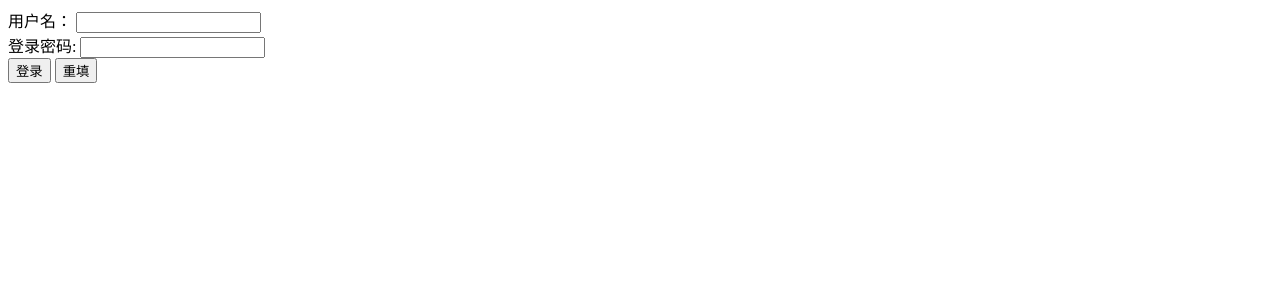
Repository: suxiaohutot/PHP
Page: http://localhost/dengluhtml.php
An editor plug-in stored every save of this project. The page is shown before and after the next save, followed by the edit.
The browser window is 1280 px wide. The pictures show the whole page.
The page is run by PHP 8.4 with error messages shown; the project is at /var/www/html/.

Above is the page before, as saved 2019-10-25 03:37:22.

After the next save:
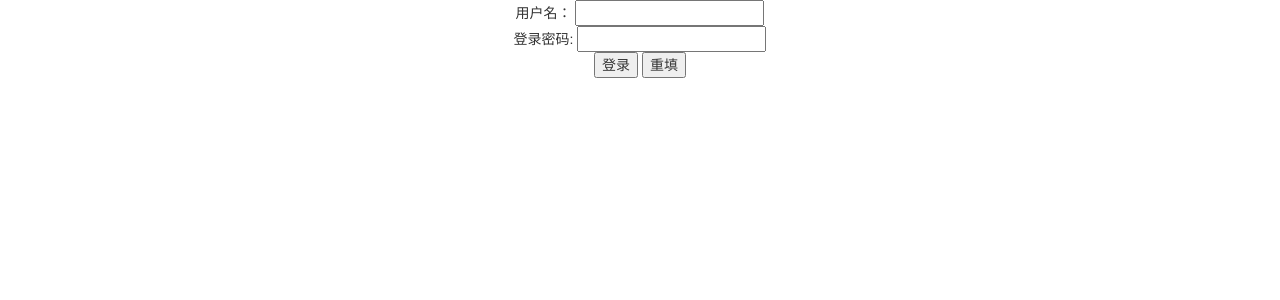
Saved 16 s later.
--- a/test/dengluhtml.php
+++ b/test/dengluhtml.php
@@ -1,7 +1,10 @@
 <html>
 <head>
 <meta charset="utf-8"/>
-
+<link href="css/bootstrap.min.css" rel="stylesheet" />
+	<style type="text/css">
+	body{ text-align:center}
+	</style>
 </head>
 <form action="denglu.php" method="post">
 用户名：
